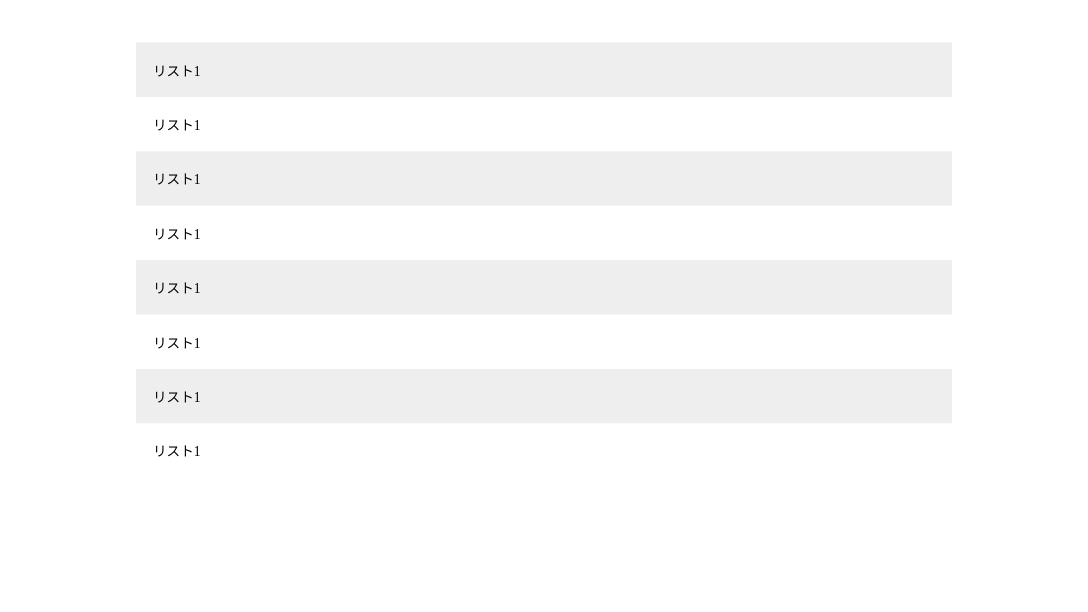
Repository: TsuKou/MainContents
Page: chapter8/index8.html
The author's editor kept a record of every edit. The page is drawn from the files as they stood at one moment, then again after the next edit.
The browser window is 1280 px wide. The pictures show the whole page, at 85% of full size.

Above is the page before.

After the next edit:
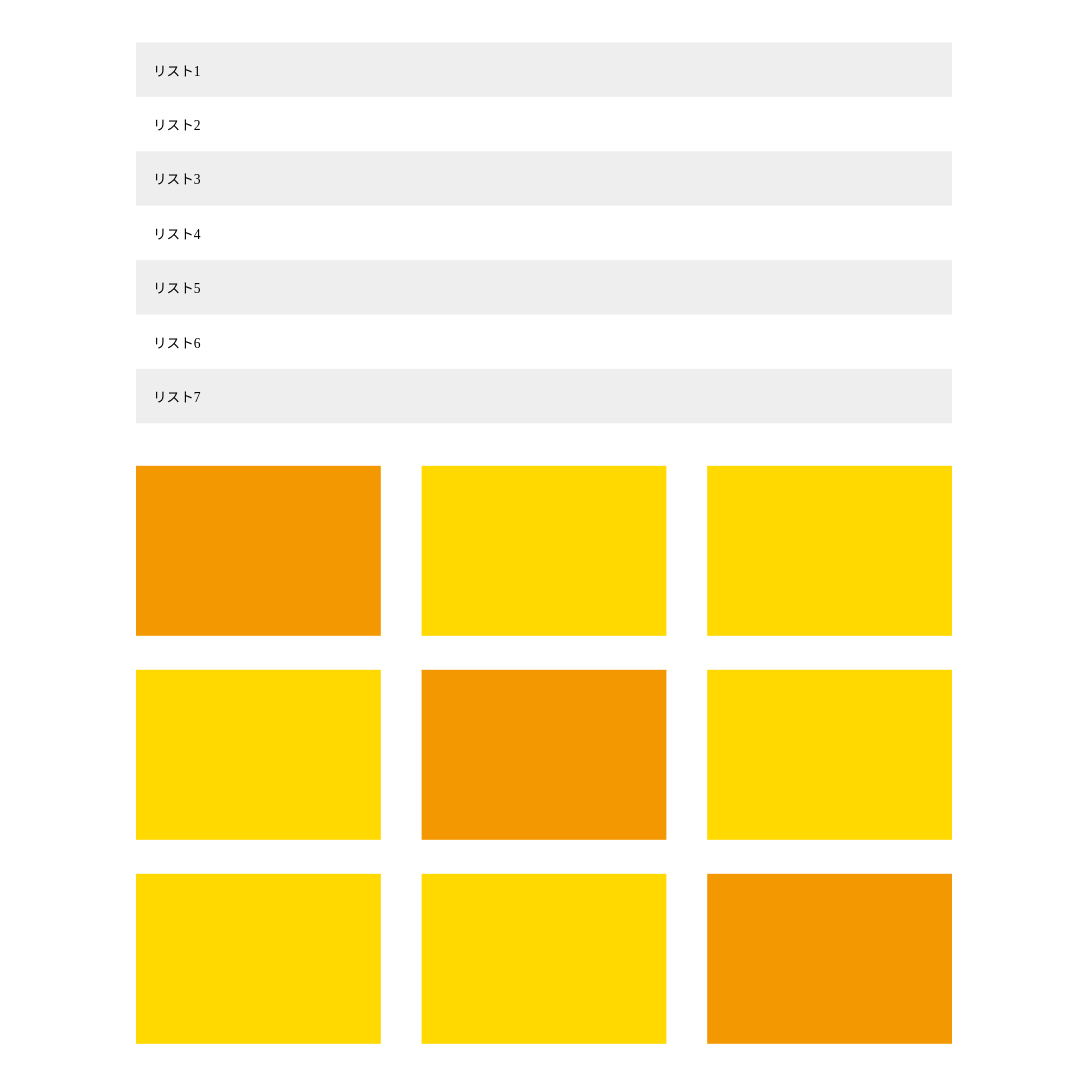
The edit:
--- a/chapter8/index8.html
+++ b/chapter8/index8.html
@@ -10,15 +10,25 @@
     <main>
     <ul class="list-group">
       <li class="list">リスト1</li>
-      <li class="list">リスト1</li>
-      <li class="list">リスト1</li>
-      <li class="list">リスト1</li>
-      <li class="list">リスト1</li>
-      <li class="list">リスト1</li>
-      <li class="list">リスト1</li>
-      <li class="list">リスト1</li>
+      <li class="list">リスト2</li>
+      <li class="list">リスト3</li>
+      <li class="list">リスト4</li>
+      <li class="list">リスト5</li>
+      <li class="list">リスト6</li>
+      <li class="list">リスト7</li>
+    </ul>
 
-    </ul>
+    <div class="box-group">
+      <div class="box"></div>
+      <div class="box"></div>
+      <div class="box"></div>
+      <div class="box"></div>
+      <div class="box"></div>
+      <div class="box"></div>
+      <div class="box"></div>
+      <div class="box"></div>
+      <div class="box"></div>
+    </div>
     </mian>
   </body>
 </html>
